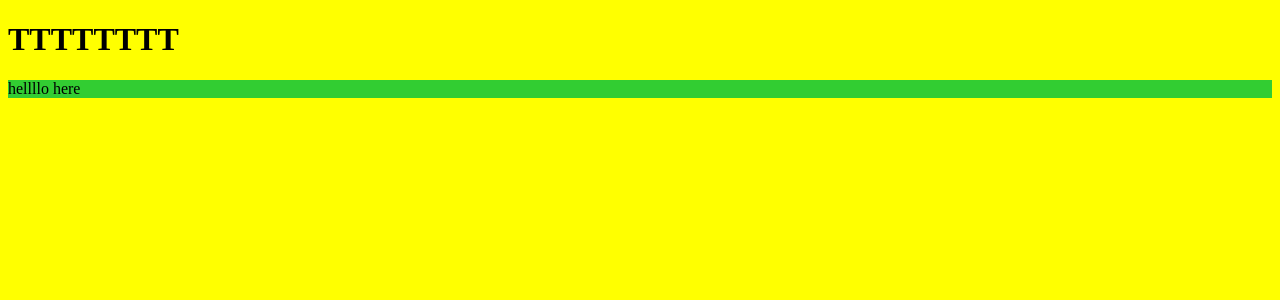
Repository: lixinso/html5
Page: workspace/CSS3/WebContent/selector/selector_root.html
An editor plug-in stored every save of this project. The page is shown before and after the next save, followed by the edit.
The browser window is 1280 px wide. The pictures show the whole page.

Above is the page before, as saved 2011-05-27 14:34:15.

After the next save:
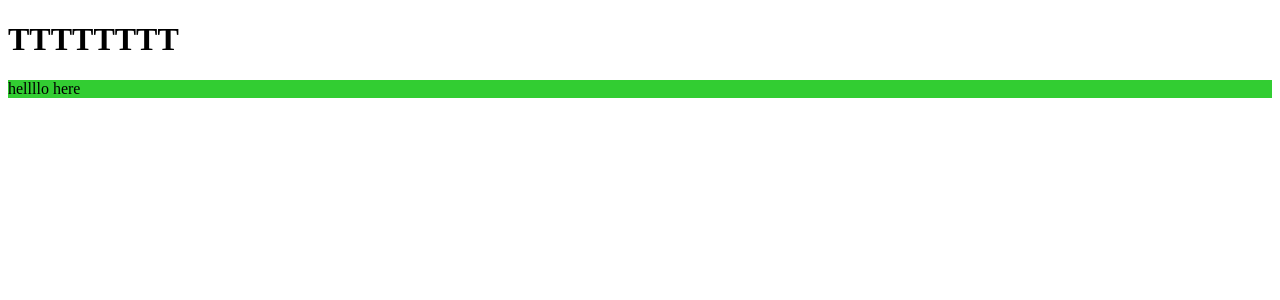
Saved 13 s later.
--- a/workspace/CSS3/WebContent/selector/selector_root.html
+++ b/workspace/CSS3/WebContent/selector/selector_root.html
@@ -5,9 +5,7 @@
 <meta http-equiv="Content-Type" content="text/html; charset=UTF-8" />
 <title>Insert title here</title>
 <style type="text/css">
-	:root{
-		background-color: yellow
-	}
+
 
 	body *:not(h1){
 		background-color: limegreen

After the 2 saves that followed:
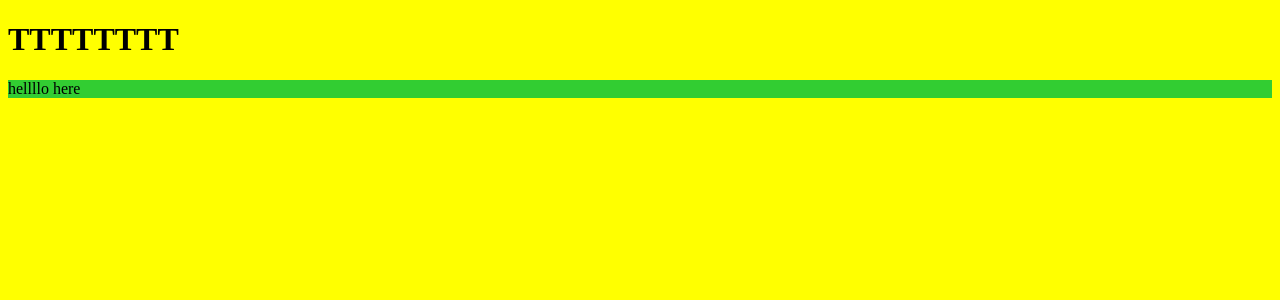
The 2 saves are shown as one change because 1 left the picture as it was.
The last was saved 13 s later.
--- a/workspace/CSS3/WebContent/selector/selector_root.html
+++ b/workspace/CSS3/WebContent/selector/selector_root.html
@@ -5,7 +5,9 @@
 <meta http-equiv="Content-Type" content="text/html; charset=UTF-8" />
 <title>Insert title here</title>
 <style type="text/css">
-
+	:root{
+		background-color: yellow
+	}
 
 	body *:not(h1){
 		background-color: limegreen
